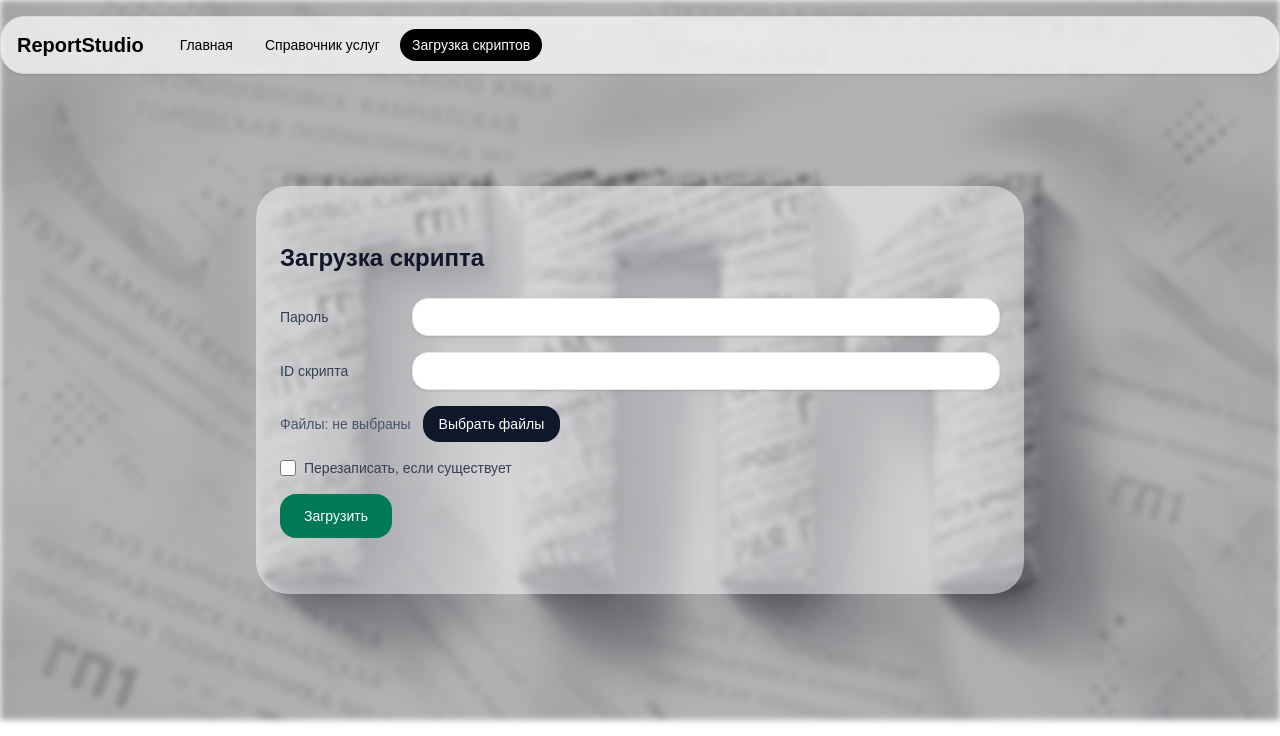
Repository: vladzap2423/report_studio_v2
Page: /load
The author's editor kept a copy of each file at every save. The page is drawn from the files as they stood at one save, then again after the next save.
The browser window is 1280 px wide. The pictures show the whole page.
The project was rebuilt for these pictures with package versions that can differ from the ones it lists, and the page was loaded fresh each time. The framework's server and built-in components were replaced by stand-ins that run in the browser. Also part of the build but not shown: next.config.ts.

Above is the page before, as saved 2026-03-17 15:22:09.

### src/app/layout.tsx
import type { Metadata } from "next";
import { Geist, Geist_Mono } from "next/font/google";
import "./globals.css";
import Header from "./components/Header";

const geistSans = Geist({
  variable: "--font-geist-sans",
  subsets: ["latin"],
});

const geistMono = Geist_Mono({
  variable: "--font-geist-mono",
  subsets: ["latin"],
});

export const metadata: Metadata = {
  title: "Create Next App",
  description: "Generated by create next app",
};

export default function RootLayout({
  children,
}: Readonly<{
  children: React.ReactNode;
}>) {
  return (
    <html lang="en">
      <body
        className={`${geistSans.variable} ${geistMono.variable} antialiased`}
      >
        <Header

          title="ReportStudio"
          links={[
            { label: "Главная", href: "/" },
            { label: "Справочник услуг", href: "/services" },
            { label:"Загрузка скриптов", href: "/load"}
          ]}
        />
        {children}
      </body>
    </html>
  );
}

### src/app/load/page.tsx
"use client";

import { useState, useRef, useCallback } from "react";

export default function LoadPage() {
  const [password, setPassword] = useState("");
  const [id, setId] = useState("");
  const [files, setFiles] = useState<File[]>([]);
  const [overwrite, setOverwrite] = useState(false);
  const [error, setError] = useState<string | null>(null);
  const [success, setSuccess] = useState<string | null>(null);
  const [loading, setLoading] = useState(false);

  const inputRef = useRef<HTMLInputElement | null>(null);

  const onPickClick = useCallback(() => {
    inputRef.current?.click();
  }, []);

  const handlePicked = useCallback((picked: File[]) => {
    setFiles(picked);
  }, []);

  const uploadScripts = useCallback(async () => {
    setError(null);
    setSuccess(null);

    if (!files.length) return setError("Выберите файлы скрипта.");
    if (!id.trim()) return setError("Укажите ID скрипта.");
    if (password !== "Zx44tfW") return setError("Неверный пароль.");

    setLoading(true);
    try {
      const fd = new FormData();
      fd.append("scriptId", id.trim());
      fd.append("password", password);
      if (overwrite) fd.append("overwrite", "1");
      for (const f of files) fd.append("files", f, (f as any).webkitRelativePath || f.name);

      const res = await fetch("/api/scripts/upload", { method: "POST", body: fd });
      if (!res.ok) throw new Error(`HTTP ${res.status}`);

      setSuccess("Скрипт загружен.");
      setFiles([]);
      setId("");
      setPassword("");
      if (inputRef.current) inputRef.current.value = "";
    } catch {
      setError("Не удалось загрузить скрипт.");
    } finally {
      setLoading(false);
    }
  }, [files, id, password, overwrite]);

  return (
      <div className="mx-auto max-w-3xl px-6 py-14 bg-gray-50/50 rounded-4xl mt-28">
        <h1 className="text-2xl font-semibold text-slate-900 mb-6">Загрузка скрипта</h1>

        <div className="grid gap-3 sm:grid-cols-[120px_1fr] sm:items-center mb-4">
          <label className="text-sm font-medium text-slate-700">Пароль</label>
          <input
            type="password"
            value={password}
            onChange={(e) => setPassword(e.target.value)}
            className="w-full rounded-2xl border border-slate-200 bg-white px-4 py-2 text-sm text-slate-900 shadow-sm focus:outline-none focus:ring-4 focus:ring-slate-200"
          />
        </div>

        <div className="grid gap-3 sm:grid-cols-[120px_1fr] sm:items-center mb-4">
          <label className="text-sm font-medium text-slate-700">ID скрипта</label>
          <input
            type="text"
            value={id}
            onChange={(e) => setId(e.target.value)}
            className="w-full rounded-2xl border border-slate-200 bg-white px-4 py-2 text-sm text-slate-900 shadow-sm focus:outline-none focus:ring-4 focus:ring-slate-200"
          />
        </div>

        <div className="flex flex-wrap items-center gap-3 mb-4 text-sm text-slate-600">
          <div>Файлы: {files.length ? `${files.length} шт.` : "не выбраны"}</div>
          <button
            type="button"
            onClick={onPickClick}
            className="rounded-2xl bg-slate-900 px-4 py-2 text-white hover:bg-slate-800"
          >
            Выбрать файлы
          </button>
          <input
            ref={inputRef}
            type="file"
            multiple
            className="hidden"
            onChange={(e) => {
              const picked = Array.from(e.target.files || []);
              if (!picked.length) return;
              handlePicked(picked);
            }}
            {...({ webkitdirectory: "true"} as any)}
          />
        </div>

        <div className="flex items-center gap-2 mb-4">
          <input
            type="checkbox"
            checked={overwrite}
            onChange={(e) => setOverwrite(e.target.checked)}
            id="overwrite"
            className="w-4 h-4 rounded border-slate-300 text-slate-900 focus:ring-slate-200"
          />
          <label htmlFor="overwrite" className="text-sm text-slate-700">Перезаписать, если существует</label>
        </div>

        {error && <div className="mb-4 rounded-2xl border border-rose-200 bg-rose-50 px-4 py-3 text-sm text-rose-700">{error}</div>}
        {success && <div className="mb-4 rounded-2xl border border-emerald-200 bg-emerald-50 px-4 py-3 text-sm text-emerald-700">{success}</div>}

        <button
          type="button"
          onClick={uploadScripts}
          disabled={loading}
          className="rounded-2xl bg-emerald-700 px-6 py-3 text-white text-sm font-medium hover:bg-emerald-600 disabled:opacity-50"
        >
          {loading ? "Загрузка..." : "Загрузить"}
        </button>
      </div>
  );
}

### src/app/globals.css
@import "tailwindcss";

:root {
  --background: #ffffff;
  --foreground: #171717;
  color-scheme: light;
}

@theme inline {
  --color-background: var(--background);
  --color-foreground: var(--foreground);
  --font-sans: var(--font-geist-sans);
  --font-mono: var(--font-geist-mono);
}

body {
  background: var(--background);
  color: var(--foreground);
  font-family: Arial, Helvetica, sans-serif;
  position: relative; /* важно для ::before */
  min-height: 100vh;
}

body::before {
  content: "";
  position: fixed;
  top: 0;
  left: 0;
  width: 100%;
  height: 100%;
  background-image: url("/fon.png");
  background-size: cover;
  background-position: center;
  background-repeat: no-repeat;
  filter: blur(3px) brightness(0.7);
  z-index: -1; /* чтобы контент был поверх фона */
}

### src/app/components/Header.tsx
"use client";

import React from "react";
import Link from "next/link";
import { usePathname } from "next/navigation";

type HeaderProps = {
  title?: string;
  links?: { label: string; href: string }[];
};

const Header: React.FC<HeaderProps> = ({ title = "ReportStudio", links = [] }) => {
  const pathname = usePathname();

  return (
    <header className="w-full flex justify-center mt-4">
      <div className="w-full max-w-7xl px-4 py-3 flex items-center space-x-6 bg-white/70 border border-gray-300 rounded-3xl shadow-sm">

        {/* Название */}
        <div className="text-xl font-semibold text-black">
          {title}
        </div>

        {/* Меню */}
        <nav className="flex space-x-2">
          {links.map((link) => {
            const isActive = pathname === link.href;

            return (
              <Link
                key={link.href}
                href={link.href}
                className={`px-3 py-1.5 rounded-3xl text-sm transition-colors ${
                  isActive
                    ? "bg-black text-white"
                    : "text-black hover:bg-gray-100"
                }`}
              >
                {link.label}
              </Link>
            );
          })}
        </nav>

      </div>
    </header>
  );
};

export default Header;

After the next save:
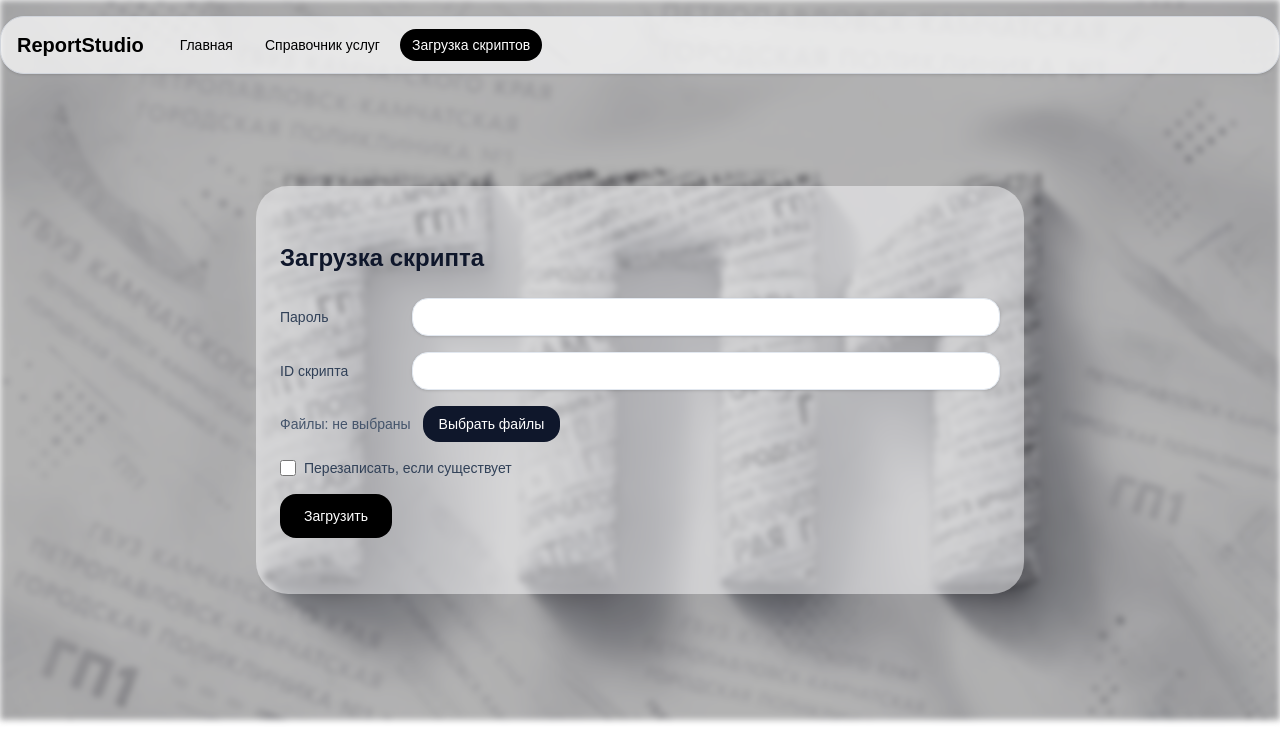
Saved 34 s later.
--- a/src/app/load/page.tsx
+++ b/src/app/load/page.tsx
@@ -117,7 +117,7 @@ export default function LoadPage() {
           type="button"
           onClick={uploadScripts}
           disabled={loading}
-          className="rounded-2xl bg-emerald-700 px-6 py-3 text-white text-sm font-medium hover:bg-emerald-600 disabled:opacity-50"
+          className="rounded-2xl bg-black px-6 py-3 text-white text-sm font-medium hover:bg-emerald-600 disabled:opacity-50"
         >
           {loading ? "Загрузка..." : "Загрузить"}
         </button>
